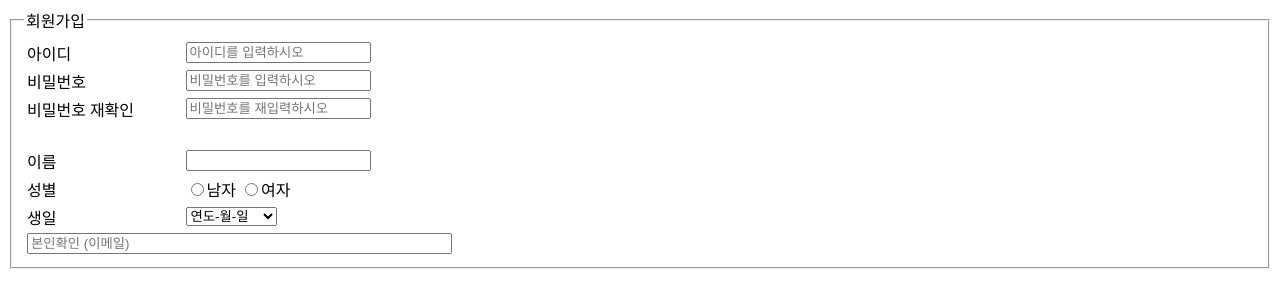
Repository: Scoobi-wisdoom/web
Page: d011/web/register.html
An editor plug-in stored every save of this project. The page is shown before and after the next save, followed by the edit.
The browser window is 1280 px wide. The pictures show the whole page.

Above is the page before, as saved 2020-08-05 08:42:37.

After the next save:
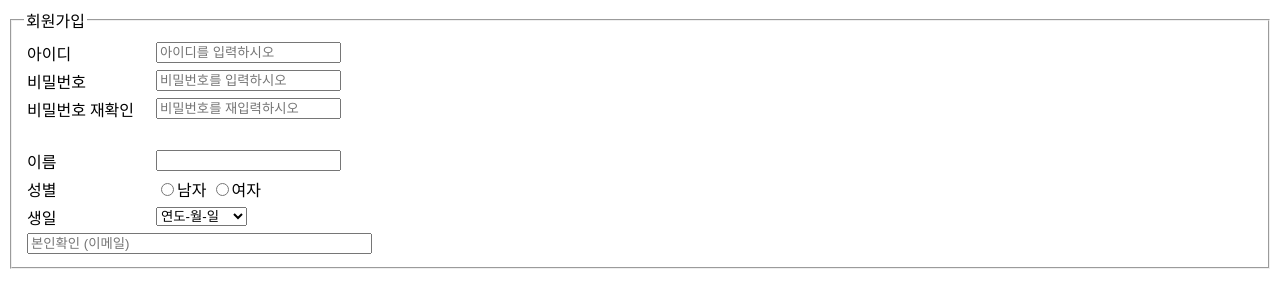
Saved 9 s later.
--- a/d011/web/register.html
+++ b/d011/web/register.html
@@ -68,7 +68,7 @@
 			</tr>
 			<tr>
 				<td colspan="2">
-					<input type="text" name="email" placeholder="본인확인 (이메일)" size="50">
+					<input type="text" name="email" placeholder="본인확인 (이메일)" size="40">
 				</td>
 			</tr>
 
